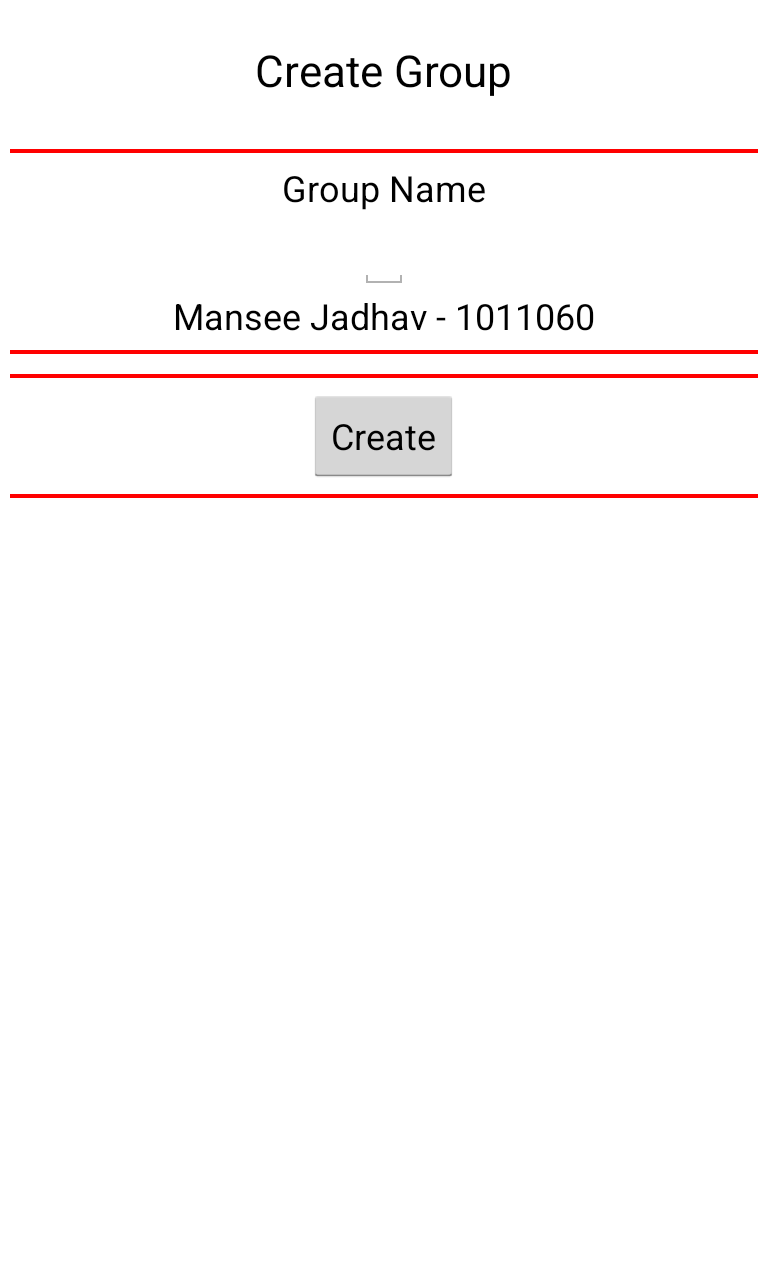
Repository: mansee8/Emergency-Service-Information-Provider
Layout: Emergency Service Information Provider/ESIP/ESIP/res/layout/create_group.xml
An editor plug-in stored every save of this project. The layout is shown before and after the next save, followed by the edit.
It is drawn on a 768 x 1280 px phone screen (xhdpi) without system bars, with theme AppTheme; the app's code is not run.

Above is the layout before, as saved 2014-02-27 07:35:04.

### Emergency Service Information Provider/ESIP/ESIP/res/layout/create_group.xml
<?xml version="1.0" encoding="utf-8"?>
<LinearLayout xmlns:android="http://schemas.android.com/apk/res/android"
    android:layout_width="fill_parent"
    android:layout_height="fill_parent"
    android:gravity="center_horizontal"
    android:orientation="vertical" >

    <TextView
        android:layout_width="wrap_content"
        android:layout_height="wrap_content"
        android:layout_margin="20dp"
        android:text="Create Group"
        android:textAppearance="?android:attr/textAppearanceLarge" />

    <View
        android:layout_width="fill_parent"
        android:layout_height="2dp"
        android:layout_margin="5dp"
        android:background="#ff0000" />

    <TextView
        android:layout_width="wrap_content"
        android:layout_height="wrap_content"
        android:text="Group Name"
        android:textAppearance="?android:attr/textAppearanceMedium" />

    <EditText
        android:id="@+id/GroupNameView"
        android:layout_width="wrap_content"
        android:layout_height="wrap_content" />

    <TextView
        android:id="@+id/textView6"
        android:layout_width="wrap_content"
        android:layout_height="wrap_content"
        android:text="Mansee Jadhav - 1011060"
        android:textAppearance="?android:attr/textAppearanceMedium" />

    <View
        android:layout_width="fill_parent"
        android:layout_height="2dp"
        android:layout_margin="5dp"
        android:background="#ff0000" />
    <View
        android:layout_width="fill_parent"
        android:layout_height="2dp"
        android:layout_margin="5dp"
        android:background="#ff0000" />

    <Button
        android:id="@+id/btnCreate"
        android:layout_width="wrap_content"
        android:layout_height="wrap_content"
        android:text="Create" />

    <View
        android:layout_width="fill_parent"
        android:layout_height="2dp"
        android:layout_margin="5dp"
        android:background="#ff0000" />

</LinearLayout>

Loaded but not shown: Emergency Service Information Provider/ESIP/ESIP/res/values/styles.xml (common file); Emergency Service Information Provider/ESIP/ESIP/res/values-v11/styles.xml (common file); Emergency Service Information Provider/ESIP/ESIP/res/values-v14/styles.xml (common file)

After the next save:
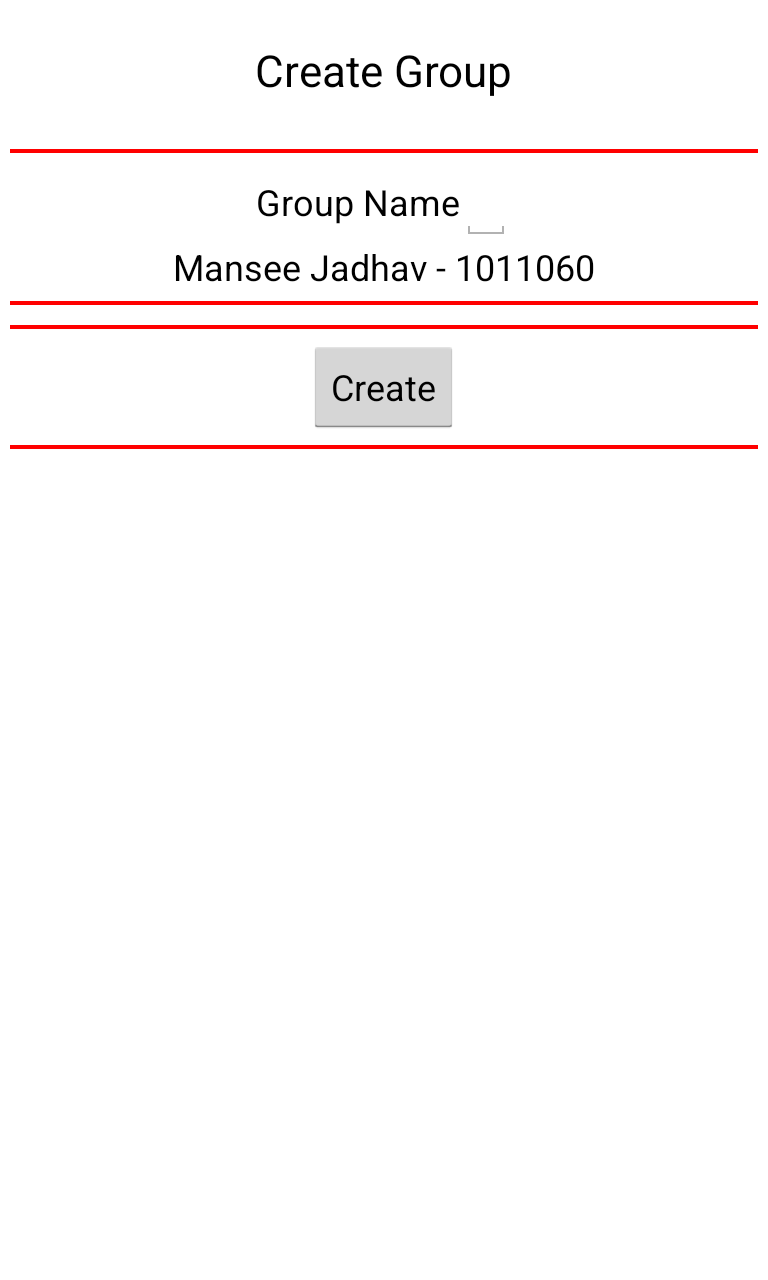
Saved 41 s later.
--- a/Emergency Service Information Provider/ESIP/ESIP/res/layout/create_group.xml
+++ b/Emergency Service Information Provider/ESIP/ESIP/res/layout/create_group.xml
@@ -18,16 +18,21 @@
         android:layout_margin="5dp"
         android:background="#ff0000" />
 
-    <TextView
+    <LinearLayout
         android:layout_width="wrap_content"
-        android:layout_height="wrap_content"
-        android:text="Group Name"
-        android:textAppearance="?android:attr/textAppearanceMedium" />
+        android:layout_height="wrap_content" >
 
-    <EditText
-        android:id="@+id/GroupNameView"
-        android:layout_width="wrap_content"
-        android:layout_height="wrap_content" />
+        <TextView
+            android:layout_width="wrap_content"
+            android:layout_height="wrap_content"
+            android:text="Group Name"
+            android:textAppearance="?android:attr/textAppearanceMedium" />
+
+        <EditText
+            android:id="@+id/GroupNameView"
+            android:layout_width="wrap_content"
+            android:layout_height="wrap_content" />
+    </LinearLayout>
 
     <TextView
         android:id="@+id/textView6"
@@ -41,6 +46,7 @@
         android:layout_height="2dp"
         android:layout_margin="5dp"
         android:background="#ff0000" />
+
     <View
         android:layout_width="fill_parent"
         android:layout_height="2dp"
